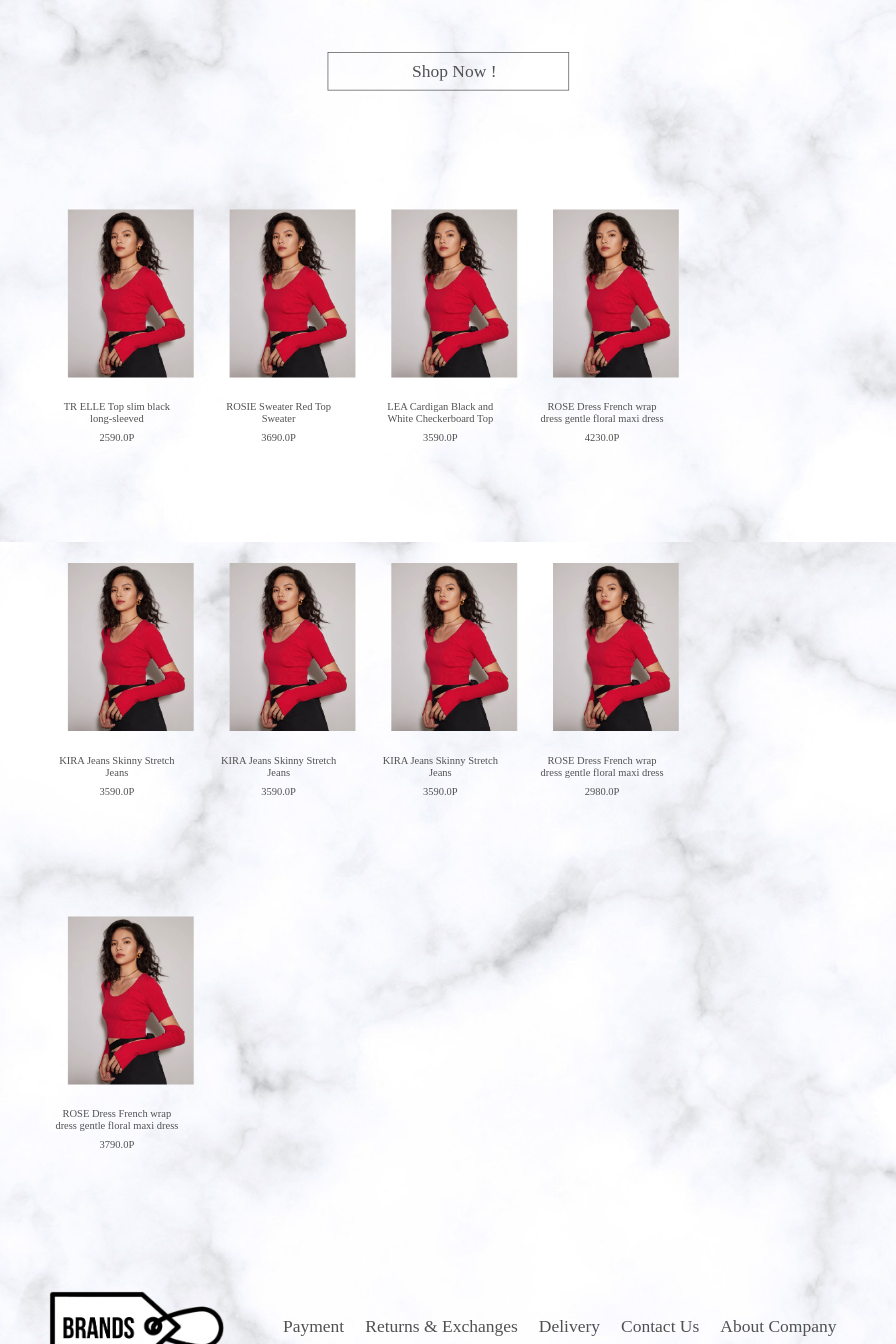
Repository: Sunxu001/OnlineShop-Backend
Page: http://localhost/
The author's editor kept a copy of each file at every save. The page is drawn from the files as they stood at one save, then again after the next save.
The browser window is 1280 px wide. The pictures show the part of the page from y = 1225 to 3145 px (the page is 3230 px tall before and 3080 px after), at 70% of full size.
Some web libraries are served in a nearby version. The page is served by the project's application, run on Django 4.2 (manage.py). Other server files are loaded and not shown. The page reads the database file committed with the project.

Above is the page before, as saved 2022-06-08 11:41:39.

### WEB-PROJECT/shop/templates/index.html
{%load static%}
<!DOCTYPE html>
<html lang="en">
<head>
    <meta charset="UTF-8">
    <meta http-equiv="X-UA-Compatible" content="IE=edge">
    <meta name="description" content="小众品牌集合地，穿出独特风格。"/>
    <meta name="author" content="Sun."/>
    <meta name="keywords" content="购物，小众品牌，衣服"/>
    <meta name="viewport" content="width=device-width, initial-scale=1.0"/>
    <title>Brands</title>
    <link rel="stylesheet" href="{% static 'css/HOME.css' %}" type="text/css"/>
    <script src="{% static 'js/brands.js' %}"></script>
    <link rel="stylesheet" href="https://cdn.jsdelivr.net/npm/bootstrap-icons@1.7.2/font/bootstrap-icons.css">
    <link rel="stylesheet" href="https://cdnjs.cloudflare.com/ajax/libs/animate.css/4.1.1/animate.min.css"/>
</head>
<body class="top">
    <!---头部菜单-->
    <div class="header">
        <div class="container">
             <!---logo brand-->
             <div class="logo">
                <a href="{% url 'home' %}"><img src="{% static 'images/logo.jpg' %}" class="logo_img"></a>
            </div>
            <hr/>
            <div class="menu">
                <ul id="start">
                    <il class="submenu">
                        <a href="#" class="btn btn_text btn_menu">Menu <i></i></a>
                        <ul class="childMenu">
                            <il><a href="#" class="btn btn_text">New</a></il>
                            <il><a href="#" class="btn btn_text">Coats</a></il>
                            <il><a href="#" class="btn btn_text">Top</a></il>
                            <il><a href="#" class="btn btn_text">Skirt</a></il>
                            <il><a href="#" class="btn btn_text">Janes</a></il>
                            <il><a href="#" class="btn btn_text">Accessories</a></il>
                        </ul>
                    </il>
                </ul>
                <!---icon 图标-->
                <div class="icon">
                    <ul class="icon_menu">
                        <li><a href="{% url 'login'%}" class="btn_icon"><i class="bi bi-person-circle icon_img" title="Log in"></i></a></li>
                        <li><a href="#" class="btn_icon"><i class="bi bi-heart icon_img" title="Like"></i></a></li>
                        <li><a href="#" class="btn_icon"><i class="bi bi-bag icon_img" title="My bag"></i></a></li>
                        <li><a href="{% url 'message'%}" class="btn_icon"><i class="bi bi-bell icon_img" title="Message"></i></a></li>
                    </ul>
                </div>
            </div>
        </div>
    </div>
    <hr class="line"/>
         <!---海报-->
    <div class="container">
        <div class="poster">
            <ul class="slides">
                <input type="radio" id="control-1" name="control" checked>
                <input type="radio" id="control-2" name="control" >
                <input type="radio" id="control-3" name="control" >

                <li class="slide"><img src="{% static 'images/my812_p.png' %}" class="desktop"> </li>
                <li class="slide"><img src="{% static 'images/shushutong_p.jpeg' %}" class="desktop"> </li>
                <li class="slide"><img src="{% static 'images/tiptoe_p.jpeg' %}" class="desktop"> </li>

                <div class="controls-visible">
                    <label for="control-1"></label>
                    <label for="control-2"></label>
                    <label for="control-3"></label>
                </div>
            </ul>
        </div>
    </div>
    <!---开始购买-->
    <div class="shop">
        <a href="{% url 'new' %}" class="btn shop_btn animate__animated animate__flash">Shop Now !</a>
    </div>
     <!---产品展示-->
    <div class="product">
        <div class="container">
        {% for product in products%}
            <div class="show">
                <a href="{% url 'cloes' goods_code=product.goods_code%}" ><img src="{% static 'images/TRed.JPG' %}" class="show_img"></a>
                <h3 class="show_name">{{product.name}}</h3>
                <h4 class="show_price">{{product.shop_price}}Р</h4>
            </div>
        {% endfor %}
        </div>
    </div>
     <!--结尾-->
    <div class="footer">
        <div class="container">
            <div class="left">
                <ul class="undermenu">
                    <il>
                        <img src="{% static 'images/tubiao.PNG' %}" class="mark">
                    </il>
                    <il class="footer_text">
                        <a href="#" class="btn btn_function"> About Company</a>
                    </il>
                    <il class="footer_text">
                        <a href="#" class="btn btn_function"> Contact Us</a>
                    </il>
                    <il class="footer_text">
                        <a href="#" class="btn btn_function">Delivery</a>
                    </il>
                    <il class="footer_text">
                        <a href="#" class="btn btn_function">Returns & Exchanges </a>
                    </il>
                    <il class="footer_text">
                        <a href="#" class="btn btn_function">Payment</a>
                    </il>
                </ul>
            </div>
        </div>
    </div>
</body>
</html>

### WEB-PROJECT/shop/models.py
import string
from termios import CREAD
from unicodedata import name
from django.db import models
from django.contrib.auth.models import AbstractUser
import hashlib

# Create your models here.
class Order(models.Model):
    CASH = 'cash'
    CRAD = 'card'
    PAYPAL = 'paypal'
    PAY_TYPE = (
        (CASH,"cash"),
        (CRAD, "card"),
        (PAYPAL,"paypal"),
    )
    family_name = models.CharField( max_length=50, blank=False, null=False)
    first_name = models.CharField( max_length=50, blank=False, null=False)
    email = models.EmailField()
    phone = models.CharField(max_length=11, verbose_name="phone number", default="")
    address = models.CharField(max_length=200)
    quantity = models.IntegerField("Purchase quantity",default=0)
    pay_type = models.CharField("pay type",choices=PAY_TYPE, default="card",max_length=10)
    order_mount = models.FloatField("order mount",default=0.0)

def __str__(self):
    return f"{self.famliy_name} {self.first_name}"

class Login(models.Model):
    phone = models.CharField(max_length=11, verbose_name="phone number", default="")
    password = models.CharField(max_length=20)

def __str__(self):
    return f"{self.phone}"

class Subscription(models.Model):
    name = models.CharField( max_length=200, blank=False, null=False)
    email = models.EmailField()
    phone = models.CharField(max_length=11, verbose_name="phone number", default="")
def __str__(self):
    return f"{self.email}"

class Goods(models.Model):
    close_image = models.ImageField()
    goods_code = models.CharField("number of goods", max_length=50, default="")
    name = models.CharField("name of goods", max_length=100, )
    goods_num = models.IntegerField("Inventory", default=0)
    market_price = models.FloatField("market price", default=0)
    shop_price = models.FloatField("shop price", default=0)
    goods_brief = models.TextField("Product short description", max_length=500)

    def __str__(self):
        return self.name

### WEB-PROJECT/shop/views.py
from itertools import product
from django.shortcuts import render, HttpResponse
from rest_framework import viewsets
from shop import models as shop_models
from shop import serializers as shop_serializers
from .forms import LoginForm
from django.contrib.auth.views import LoginView
from django.contrib.auth.decorators import login_required
from .models import Goods


# Create your views here.
class GoodsViewSets(viewsets.ModelViewSet):
    queryset = shop_models.Goods.objects.all()
    serializer_class = shop_serializers.GoodsSerializer



def home_page(request):
    products = Goods.objects.all()
    return render(request, 'index.html', {'products':products})

def new_page(request):
    products = Goods.objects.all()
    return render(request, 'new.html',{'products':products})

def cloes_page(request, goods_code):
    product = Goods.objects.filter(goods_code = goods_code).first()
    return render(request, 'cloes.html', {'product':product})

def login_page(request):

    return render(request, 'login.html')

def message_page(request):

    return render(request, 'message.html')

def order_page(request):

    return render(request, 'order.html')

def regiter_page(request):

    return render(request, 'regiter.html')

### WEB-PROJECT/brand/urls.py
"""brand URL Configuration

The `urlpatterns` list routes URLs to views. For more information please see:
    https://docs.djangoproject.com/en/4.0/topics/http/urls/
Examples:
Function views
    1. Add an import:  from my_app import views
    2. Add a URL to urlpatterns:  path('', views.home, name='home')
Class-based views
    1. Add an import:  from other_app.views import Home
    2. Add a URL to urlpatterns:  path('', Home.as_view(), name='home')
Including another URLconf
    1. Import the include() function: from django.urls import include, path
    2. Add a URL to urlpatterns:  path('blog/', include('blog.urls'))
"""
from django.contrib import admin
from django import urls
from django.urls import path, include
from shop.views import home_page, new_page, cloes_page, login_page, message_page, order_page, regiter_page
from django.conf.urls.static import static
from django.shortcuts import HttpResponse
from django.shortcuts import render
from django.conf import settings
from django.contrib.auth import views as auth_views





urlpatterns = [
    path('admin/', admin.site.urls),
    path('api/', include('shop.urls'), name="api"),
    path('', home_page, name="home"),
    path('new/',new_page, name="new"),
    path('cloes/<str:goods_code>',cloes_page, name="cloes"),
    path('login/',login_page,  name='login'),
    path('message/',message_page, name="message"),
    path('order/',order_page, name="order"),
    path('regiter/',regiter_page, name="regiter"),

]+ static(settings.STATIC_URL,document_root = settings.STATIC_ROOT)

### WEB-PROJECT/shop/urls.py
from django import urls
from django.contrib import admin
from django.urls import path, include
from rest_framework import routers
from shop import views as shop_views
from .import views
router = routers.SimpleRouter()

router.register(r'goods', shop_views.GoodsViewSets)

urlpatterns = [
    path('shop/', include(router.urls)),
]

### WEB-PROJECT/shop/static/css/HOME.css
body{
  background-image: url(../images/bg-tone.PNG);
}
.container {
    width: 1170px;
    margin: 0 auto;
    padding: 0 15px;
}

*{
    margin:0;
    padding:0;
}
div, p, input, button, form, span, a, ul, li {
	box-sizing: border-box;
}
ul{
	list-style: none;
	padding:0;
}
.btn:hover{
    text-decoration: underline;
}

/*Logo brand*/
.logo{
  display: block;
  width: 500px;
  padding: 30px;
  margin: 0 auto;
}
.logo_img{
  display: block;
  width: 500px;
}
/*Header-menu*/
.menu{
  width: 50px;
  display: block;
  justify-content:space-around;
  padding-top: 10px;
}
.start{
  display: block;
  width: 45px;
  height: 199px;
  padding-top: 30px;
}
#start *{
  margin:0;
  padding:0;
}
#start li{
  list-style-type:none;
  float:left;
  line-height:40px;
  text-align:center;
}
#start li a{
  display:block;
}
#start li a:hover{
  background:#eee;
  color:red;
}
#start .submenu ul{
  display:none;
}
#start .submenu:hover ul{
  display:block;
}
.btn_text{
  text-decoration: none;
  color: #515151;
  font-size: 25px;
  font-weight: 300;
  padding-top: 10px;
  font-family: 'Raleway';
}
.childMenu{
  width: 45px;
  padding-top: 20px;
}
/*icon-button*/
.icon{
  width: 300px;;
  display: block;
  justify-content: right;
  padding: 0px 100px 0px 950px;
}
.icon_img{
  font-size: 40px;
  margin: 10px;
}
.icon_menu{
  display: flex;
}
/*Slides*/
.poster{
    margin: 0 auto;
    padding-top: 50px;
    width: 100%;
    height: auto;
    display: flex;
    justify-content: center;
    align-items: center;
    max-width:100%;
    max-height: auto;

}
.desktop{
    width:100%;
    height: auto;
    display: block;
}

  ul.slides {
    position: relative;
    width: 100%;
    height: 800px;
    list-style: none;
    margin: 0;
    padding: 0;
    background-color: #eee;
    overflow: hidden;
  }

  li.slide {
    margin: 0;
    padding: 0;
    width: inherit;
    height: inherit;
    position: absolute;
    top: 0;
    left: 0;
    display: flex;
    justify-content: center;
    align-items: center;
    font-family: Helvetica;
    font-size: 120px;
    color: #fff;
    transition: .5s transform ease-in-out;
  }

  .slide:nth-of-type(1) {
    background-color: #F2E205;
  }

  .slide:nth-of-type(2) {
    background-color: #F25C05;
    left: 100%;
  }

  .slide:nth-of-type(3) {
    background-color: #495F8C;
    left: 200%;
  }

  input[type="radio"] {
    position: relative;
    z-index: 100;
    display: none;
  }

  .controls-visible {
    position: absolute;
    width: 100%;
    bottom: 12px;
    text-align: center;
  }

  .controls-visible label {
    display: inline-block;
    width: 10px;
    height: 10px;
    background-color: #fff;
    border-radius: 50%;
    margin: 0 3px;
    border: 2px solid #fff;
  }

  .slides input[type="radio"]:nth-of-type(1):checked ~ .controls-visible label:nth-of-type(1) {
    background-color: #333;
  }

  .slides input[type="radio"]:nth-of-type(2):checked ~ .controls-visible label:nth-of-type(2) {
    background-color: #333;
  }

  .slides input[type="radio"]:nth-of-type(3):checked ~ .controls-visible label:nth-of-type(3) {
    background-color: #333;
  }

  .slides input[type="radio"]:nth-of-type(1):checked ~ .slide {
    transform: translatex(0%);
  }

  .slides input[type="radio"]:nth-of-type(2):checked ~ .slide {
    transform: translatex(-100%);
  }

  .slides input[type="radio"]:nth-of-type(3):checked ~ .slide {
    transform: translatex(-200%);
  }



/*Shop-button*/
.shop{
    width: 345px;
    height: 55px;
    border: 1px solid #515151;
    margin: 0 auto;
    padding-top: 13px;
    margin-top: 150px;
}
.shop_btn{
    text-decoration: none;
    color: #515151;
    font-size: 25px;
    font-weight: 300;
    font-family: 'Raleway';
    align-items: center;
    padding-left: 120px;
    animation: shopbtn 5s infinite;
}




/*Product-show*/
.show{
    display: inline-block;
    padding-top: 150px;
    padding-left: 7px;
}
.show_img{
    width: 180px;
    height: auto;
    margin: 20px;
}
.show_name , .show_price{
    width: 180px;
    color: #515151;
    font-size: 15px;
    font-weight: 100;
    padding-top: 10px;
    font-family: 'Raleway';
    text-align: center;
}
.product{
    height: auto;
}



/*Footer-menu*/
.footer{
  width: auto;
}
.left{
    margin-top: 50px;
    display: block;
}
.mark{
    width: 250px;
    height: auto;
    display: block;
    padding-top: 150px;
}
.btn_function{
    text-decoration: none;
    color: #515151;
    font-size: 25px;
    font-weight: 300;
    font-family: 'Raleway';
    margin: 15px;
    display: block;
    float: right;
    position: relative;
    top:-80px;
}
/*Responsive web page*/
@media screen and (max-width: 1200px)
{
  .logo_img{
		width: 100%;
		margin-top: 40px;
   padding-left: 80px;
	}
  .icon{
    padding: 0px 100px 0px 900px;
  }
  .icon_img{
    font-size: 40px;
    margin: 10px;
  }
 .product{
   padding-bottom: 20px;
 }
  .show{
    padding-top: 30px;
    padding-right: 20px;
  }
  .show_img{
    margin: 5px;

  }
  .show_name,.show_price{
    width: 150px;
    font-size: 20px;
    padding-left: 30px;
    padding-top: 0px;
   }
}

@media screen and (max-width: 992px)
{
	.container{
		width: 720px;
	}

  .logo_img{
    width: 370px;
    padding-left: 50px;
  }
  .icon{
    padding: 0px 100px 0px 500px;
  }
  .icon_img{
    font-size: 30px;
    margin: 8px;
  }
  .show{
    padding-top: 20px;
  }
  .left{
    margin: 10px;
  }
  .mark{
    visibility:hidden;
  }
  .btn_function{
    font-size: 17px;
  }

}

@media screen and (max-width: 768px)
{
	.container{
		width: 540px;
	}
  .icon{
    padding: 0px 100px 0px 340px;
  }
  .icon_img{
    font-size: 27px;
    margin: 8px;
  }
  .shop{
    margin-top: 30px;
  }
  .product{
    padding-right: 60px;
  }
  .mark{
    padding-top: 400px;
  }
  .btn_function{
    padding: 0px;
    font-size: 17px;
    width: 180px;
  }
}

@media screen and (max-width: 576px)
{
  .logo_img{
    width: 300px;
    padding-left: 80px;
  }

  .icon_img{
   font-size: 25px;
  }
  .line{
    align-items: center;
    width: 508px;
  }
  .shop{
    margin-top: 50px;
    width: 245px;
    margin-left: 150px;
  }
  .shop_btn{
    font-size: 20px;
    padding-left: 80px;
  }
 .show_img{
   width: 300px;
 }
 .show{
   padding-right: 100px;
 }
 .show_name,.show_price{
   padding-left: 80px;
 }
 .product{
   padding-bottom: 30px;
 }
.mark{
  padding-top: 30px;

}
  .btn_function{
    font-size: 25px;
    width: 300px;
    margin-top: 10px;
  }

}

### WEB-PROJECT/db.sqlite3 (the tables this page reads, as SQL)
CREATE TABLE "shop_goods" ("id" integer NOT NULL PRIMARY KEY AUTOINCREMENT, "close_image" varchar(100) NOT NULL, "goods_code" varchar(50) NOT NULL, "name" varchar(100) NOT NULL, "goods_num" integer NOT NULL, "market_price" real NOT NULL, "shop_price" real NOT NULL, "goods_brief" text NOT NULL);
INSERT INTO "shop_goods" VALUES
(3, 'Tblackm.JPG', 'Y-2022527', 'TR ELLE Top slim black long-sleeved', 200, 1590.0, 2590.0, 'Product Information:

Color: Premium Navy Blue

Material: 91% Cotton, 7% Polyester, 2% Spandex'),
(4, 'TRed_LgCYqF9.JPG', 'S-8965457', 'ROSIE Sweater Red Top  Sweater', 300, 2690.0, 3690.0, 'Product Information:

Color: Premium Navy Blue

Material: 91% Cotton, 7% Polyester, 2% Spandex'),
(5, 'Tblack_v2PUIej.jpg', 'D-027358', 'LEA Cardigan Black and White Checkerboard Top', 100, 2590.0, 3590.0, 'Product Information:

Color: Premium Navy Blue

Material: 91% Cotton, 7% Polyester, 2% Spandex'),
(6, 'Tskirtpink.JPG', 'Q-56789', 'ROSE Dress French wrap dress gentle floral maxi dress', 90, 3230.0, 4230.0, 'Product Information:

Color: Premium Navy Blue

Material: 91% Cotton, 7% Polyester, 2% Spandex'),
(7, 'Tpanes.JPG', 'P-23456', 'KIRA Jeans Skinny Stretch Jeans', 50, 2590.0, 3590.0, 'Product Information:

Color: Premium Navy Blue

Material: 91% Cotton, 7% Polyester, 2% Spandex'),
(8, 'Tpanes_HnXi4b8.JPG', 'D-023974', 'KIRA Jeans Skinny Stretch Jeans', 200, 2590.0, 3590.0, 'Product Information:

Color: Premium Navy Blue

Material: 91% Cotton, 7% Polyester, 2% Spandex'),
(9, 'Tblack_MXNQo3E.jpg', 'V-03457', 'KIRA Jeans Skinny Stretch Jeans', 45, 2590.0, 3590.0, 'Product Information:

Color: Premium Navy Blue

Material: 91% Cotton, 7% Polyester, 2% Spandex'),
(10, 'Tskirtpink_YsWRd1Z.JPG', 'Q-1234', 'ROSE Dress French wrap dress gentle floral maxi dress', 60, 1980.0, 2980.0, 'Product Information:

Color: Premium Navy Blue

Material: 91% Cotton, 7% Polyester, 2% Spandex'),
(11, 'Tskirtpink_uR2AEGo.JPG', 'F-7638', 'ROSE Dress French wrap dress gentle floral maxi dress', 80, 1790.0, 3790.0, 'Product Information:

Color: Premium Navy Blue

Material: 91% Cotton, 7% Polyester, 2% Spandex');

After the next save:
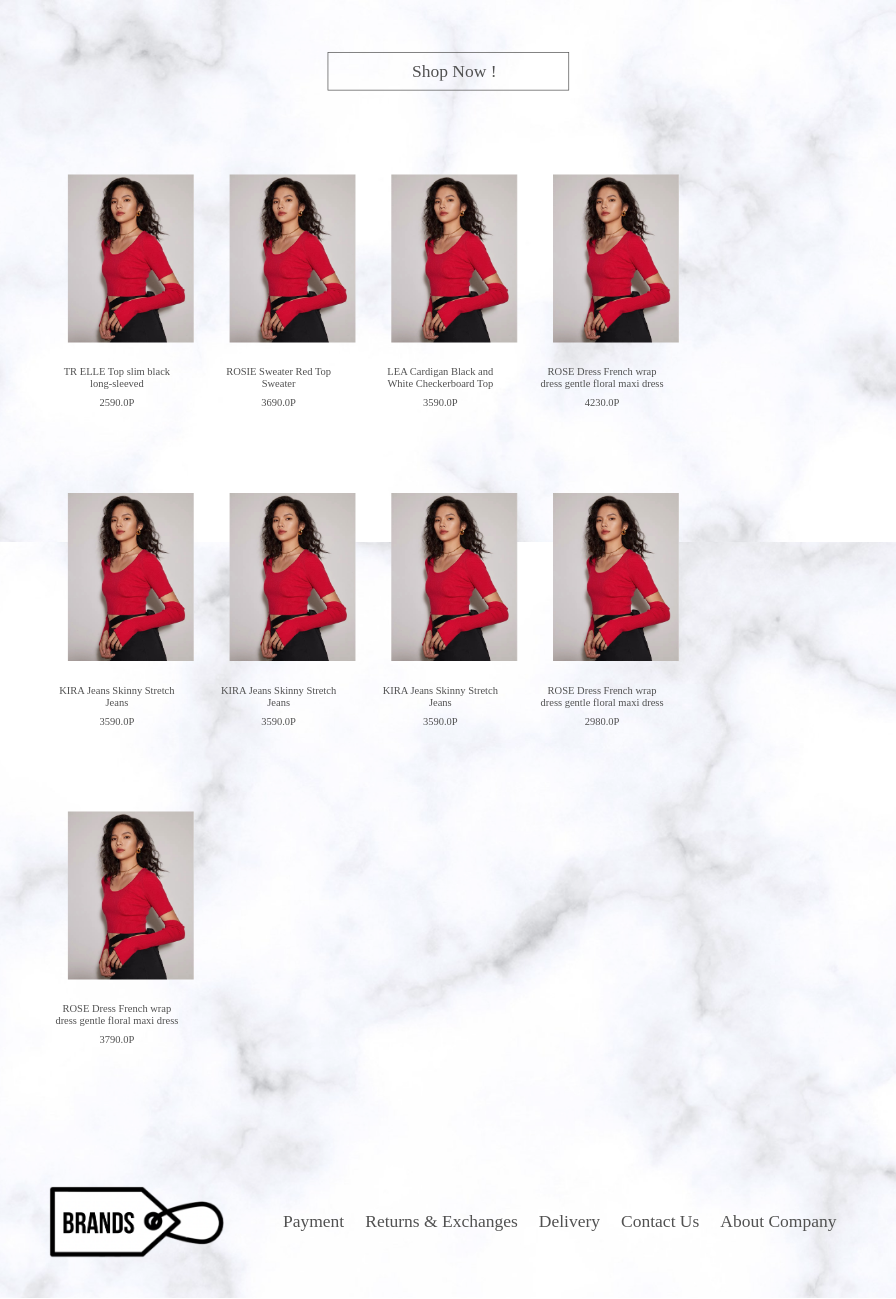
Saved 9 s later.
--- a/WEB-PROJECT/shop/static/css/HOME.css
+++ b/WEB-PROJECT/shop/static/css/HOME.css
@@ -231,7 +231,7 @@ ul{
 /*Product-show*/
 .show{
     display: inline-block;
-    padding-top: 150px;
+    padding-top: 100px;
     padding-left: 7px;
 }
 .show_img{
